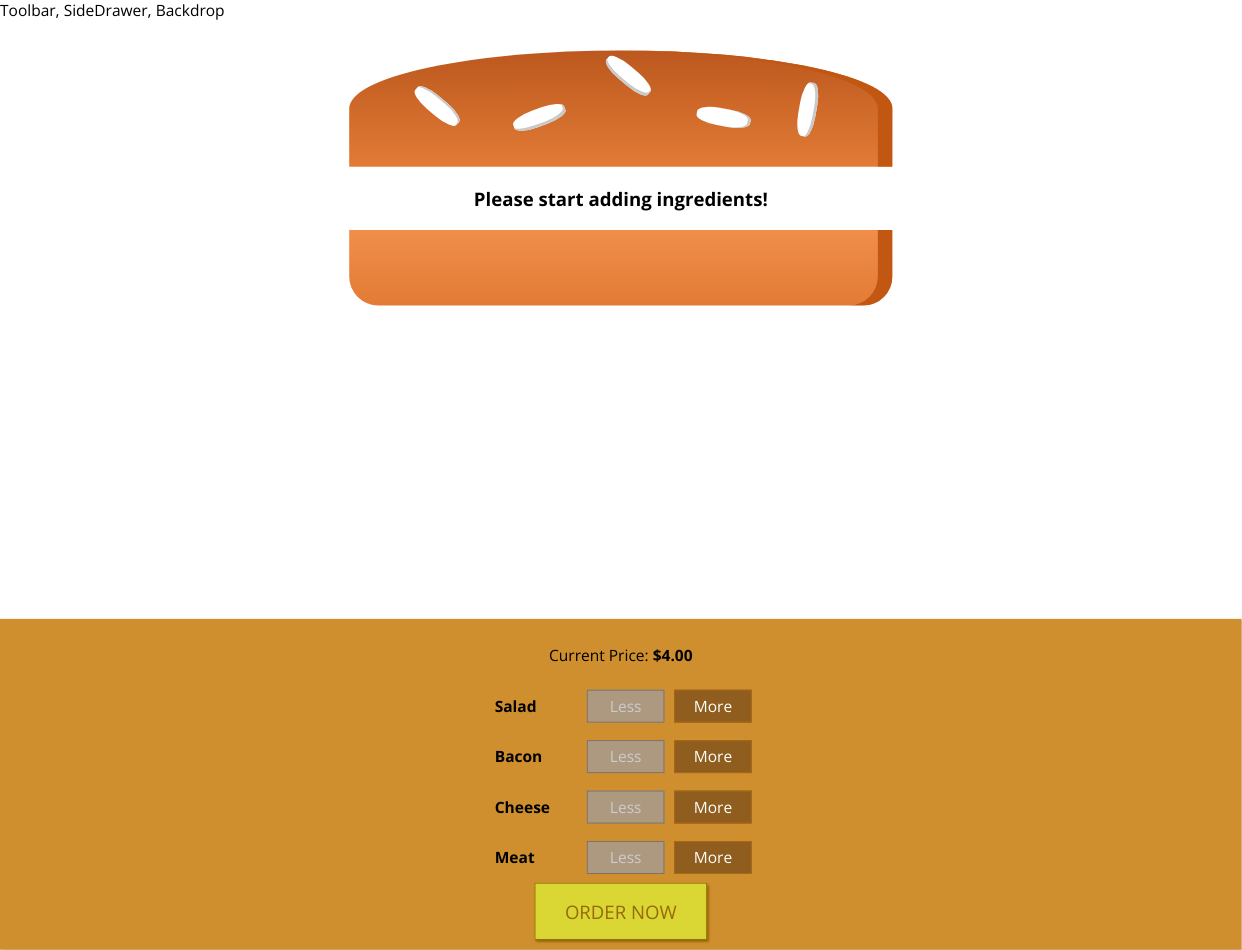
Repository: AbdulMutaal/Burger-Builder
Page: /
The author's editor kept a copy of each file at every save. The page is drawn from the files as they stood at one save, then again after the next save.
The browser window is 1280 px wide. The pictures show the whole page, at 97% of full size.
The project was rebuilt for these pictures with package versions that can differ from the ones it lists, and the page was loaded fresh each time.

Above is the page before, as saved 2021-12-07 17:17:11.

### src/index.css
body {
  margin: 0;
  font-family: "Open Sans", sans-serif;
}

### src/App.js
import Layout from './components/Layout/Layout';
import BurgerBuilder from './containers/BurgerBuilder/BurgerBuilder';

function App() {
  return (
    <div>
      <Layout>
        <BurgerBuilder />
      </Layout>
    </div>
  );
}

export default App;

### src/components/Layout/Layout.js
import React from 'react';

import Auxiliary from '../../hoc/Auxiliary';
import classes from './Layout.module.css';

const layout = ( props ) => (
    <Auxiliary>
        <div>Toolbar, SideDrawer, Backdrop</div>
        <main className={classes.Content}>
            {props.children}
        </main>
    </Auxiliary>
);

export default layout;

### src/containers/BurgerBuilder/BurgerBuilder.js
import React, { Component } from 'react';

import Auxiliary from '../../hoc/Auxiliary';
import Burger from '../../components/Burger/Burger';
import BurgerControls from '../../components/Burger/BuildControls/BuildControls';

const INGREDIENT_PRICES = {
    salad: 0.5,
    cheese: 0.4,
    meat: 1.3,
    bacon: 0.7
};

class BurgerBuilder extends Component {
    state = {
        ingredients: {
            salad: 0,
            bacon: 0,
            cheese: 0,
            meat: 0
        },
        totalPrice: 4,
        purchasable: false
    }

    updatePurchaseState () {
        const ingredients = {
            ...this.state.ingredients
        };
        const sum = Object.keys(ingredients)
            .map(igKey => {
                return ingredients[igKey];
            })
            .reduce((sum, el) => {
                return sum + el;
            }, 0);
        this.setState({purchasable: sum > 0});
    }

    addIngredientHandler = (type) => {
        const oldCount = this.state.ingredients[type];
        const updatedCount = oldCount + 1;
        const updateIngredients = {
            ...this.state.ingredients
        };
        updateIngredients[type] = updatedCount;

        const priceAddition = INGREDIENT_PRICES[type];
        const oldPrice = this.state.totalPrice;
        const newPrice = oldPrice + priceAddition;
        this.setState({totalPrice: newPrice, ingredients: updateIngredients});
    }

    removeIngredientHandler = (type) => {
        const oldCount = this.state.ingredients[type];

        if (oldCount <= 0) {
            return;
        }

        const updatedCount = oldCount - 1;
        const updateIngredients = {
            ...this.state.ingredients
        };
        updateIngredients[type] = updatedCount;

        const priceDeduction = INGREDIENT_PRICES[type];
        const oldPrice = this.state.totalPrice;
        const newPrice = oldPrice - priceDeduction;
        this.setState({totalPrice: newPrice, ingredients: updateIngredients});
    }
    render () {
        const disabledInfo = {
            ...this.state.ingredients
        };

        for (let key in disabledInfo) {
            disabledInfo[key] = disabledInfo[key] <= 0
        }

        return (
            <Auxiliary>
                <Burger ingredients={this.state.ingredients} />
                <BurgerControls
                    ingredientAdded={this.addIngredientHandler}
                    ingredientRemoved={this.removeIngredientHandler}
                    disabled={disabledInfo}
                    price={this.state.totalPrice} />
            </Auxiliary>
        );
    }
}

export default BurgerBuilder;

### src/components/Burger/Burger.js
import React from 'react';

import classes from './Burger.module.css';
import BurgerIngredient from './BurgerIngredient/BurgerIngredient';

const burger = (props) => {
    let transformedIngredients = Object.keys(props.ingredients)
        .map(igKey => {
            return [...Array(props.ingredients[igKey])].map((_, i) => {
                return <BurgerIngredient key={igKey + i} type={igKey} />;
            });
        })
        .reduce((arr, el) => {
            return arr.concat(el)
        }, []);
    console.log(transformedIngredients);

    if (transformedIngredients.length === 0) {
        transformedIngredients = <p>Please start adding ingredients!</p>;
    }

    return (
        <div className={classes.Burger}>
            <BurgerIngredient type="bread-top" />
            { transformedIngredients }
            <BurgerIngredient type="bread-bottom" />
        </div>
    );
};

export default burger;

### src/components/Burger/BuildControls/BuildControls.js
import React from 'react';

import classes from './BuildControls.module.css';
import BuildControl from './BuildControl/BuildControl';

const controls = [
    { label: 'Salad', type: 'salad'},
    { label: 'Bacon', type: 'bacon'},
    { label: 'Cheese', type: 'cheese'},
    { label: 'Meat', type: 'meat'}
];

const buildControls = (props) => (
    <div className={classes.BuildControls}>
        <p>Current Price: <strong>${props.price.toFixed(2)}</strong></p>
        {controls.map(ctrl => (
            <BuildControl
                key={ctrl.label}
                label={ctrl.label}
                added={() => props.ingredientAdded(ctrl.type)}
                removed={() => props.ingredientRemoved(ctrl.type)}
                disabled={props.disabled[ctrl.type]} />
        ))}
        <button className={classes.OrderButton}>ORDER NOW</button>
    </div>
);

export default buildControls;

### src/components/Burger/BurgerIngredient/BurgerIngredient.js
import React from 'react';
import PropTypes from 'prop-types';

import classes from './BurgerIngredient.module.css';

const burgerIngredient = (props) => {
    let ingredient = null;

    switch (props.type) {
        case ('bread-bottom'):
            ingredient = <div className={classes.BreadBottom}></div>;
            break;
        case ('bread-top'):
            ingredient = (
                <div className={classes.BreadTop}>
                    <div className={classes.Seeds1}></div>
                    <div className={classes.Seeds2}></div>
                </div>
            );
            break;
        case ('meat'):
            ingredient = <div className={classes.Meat}></div>;
            break;
        case ('cheese'):
            ingredient = <div className={classes.Cheese}></div>;
            break;
        case ('bacon'):
            ingredient = <div className={classes.Bacon}></div>;
            break;
        case ('salad'):
            ingredient = <div className={classes.Salad}></div>;
            break;
        default:
            ingredient = null;
    }

    return ingredient;
};

burgerIngredient.propTypes = {
    type: PropTypes.string.isRequired
};

export default burgerIngredient;

### src/components/Burger/BuildControls/BuildControls.module.css
.BuildControls {
    width: 100%;
    background-color: #cf8f2e;
    display: flex;
    flex-flow: column;
    align-items: center;
    box-shadow: 0 2px 1px #ccc;
    margin: auto;
    padding: 10px 0;
}


.OrderButton {
    background-color: #DAD735;
    outline: none;
    cursor: pointer;
    border: 1px solid #966909;
    color: #966909;
    font-family: inherit;
    font-size: 1.2em;
    padding: 15px 30px;
    box-shadow: 2px 2px 2px #966909;
}

.OrderButton:hover, .OrderButton:active {
    background-color: #A0DB41;
    border: 1px solid #966909;
    color: #966909;
}

.OrderButton:disabled {
    background-color: #C7C6C6;
    cursor: not-allowed;
    border: 1px solid #ccc;
    color: #888888;
}

.OrderButton:not(:disabled) {
    animation: enable 0.3s linear;
}

@keyframes enable {
    0% {
        transform: scale(1);
    }
    60% {
        transform: scale(1.1);
    }
    100% {
        transform: scale(1);
    }
}

### src/components/Burger/BuildControls/BuildControl/BuildControl.js
import React from 'react';

import classes from './BuildControl.module.css';

const buildControl = (props) =>  (
    <div className={classes.BuildControl}>
        <div className={classes.Label}>{props.label}</div>
        <button className={classes.Less} onClick={props.removed} disabled={props.disabled}>Less</button>
        <button className={classes.More} onClick={props.added}>More</button>
    </div>
)

export default buildControl;

### src/components/Burger/BurgerIngredient/BurgerIngredient.module.css
.BreadBottom {
    height: 13%;
    width: 80%;
    background: linear-gradient(#F08E4A, #e27b36);
    border-radius: 0 0 30px 30px;
    box-shadow: inset -15px 0 #c15711;
    margin: 2% auto;
}

.BreadTop {
    height: 20%;
    width: 80%;
    background: linear-gradient(#bc581e, #e27b36);
    border-radius: 50% 50% 0 0;
    box-shadow: inset -15px 0 #c15711;
    margin: 2% auto;
    position: relative;
}

.Seeds1 {
    width: 10%;
    height: 15%;
    position: absolute;
    background-color: white;
    left: 30%;
    top: 50%;
    border-radius: 40%;
    transform: rotate(-20deg);
    box-shadow: inset -2px -3px #c9c9c9;
}

.Seeds1:after {
    content: "";
    width: 100%;
    height: 100%;
    position: absolute;
    background-color: white;
    left: -170%;
    top: -260%;
    border-radius: 40%;
    transform: rotate(60deg);
    box-shadow: inset -1px 2px #c9c9c9;
  }

.Seeds1:before {
    content: "";
    width: 100%;
    height: 100%;
    position: absolute;
    background-color: white;
    left: 180%;
    top: -50%;
    border-radius: 40%;
    transform: rotate(60deg);
    box-shadow: inset -1px -3px #c9c9c9;
  }

  .Seeds2 {
    width: 10%;
    height: 15%;
    position: absolute;
    background-color: white;
    left: 64%;
    top: 50%;
    border-radius: 40%;
    transform: rotate(10deg);
    box-shadow: inset -3px 0 #c9c9c9;
  }

  .Seeds2:before {
    content: "";
    width: 100%;
    height: 100%;
    position: absolute;
    background-color: white;
    left: 150%;
    top: -130%;
    border-radius: 40%;
    transform: rotate(90deg);
    box-shadow: inset 1px 3px #c9c9c9;
  }


.Meat {
    width: 80%;
    height: 8%;
    background: linear-gradient(#7f3608, #702e05);
    margin: 2% auto;
    border-radius: 15px;
}

.Cheese {
    width: 90%;
    height: 4.5%;
    margin: 2% auto;
    background: linear-gradient(#f4d004, #d6bb22);
    border-radius: 20px;
}

.Salad {
    width: 85%;
    height: 7%;
    margin: 2% auto;
    background: linear-gradient(#228c1d, #91ce50);
    border-radius: 20px;
}

.Bacon {
    width: 80%;
    height: 3%;
    background: linear-gradient(#bf3813, #c45e38);
    margin: 2% auto;
}

### src/components/Burger/BuildControls/BuildControl/BuildControl.module.css
.BuildControl {
    display: flex;
    justify-content: space-between;
    align-items: center;
    margin: 5px 0;
}

.BuildControl button {
    display: block;
    font: inherit;
    padding: 5px;
    margin: 0 5px;
    width: 80px;
    border: 1px solid #AA6817;
    cursor: pointer;
    outline: none;
}

.BuildControl button:disabled {
    background-color: #AC9980;
    border: 1px solid #7E7365;
    color: #ccc;
    cursor: default;
}

.BuildControl button:hover:disabled {
    background-color: #AC9980;
    color: #ccc;
    cursor: not-allowed;
}

.Label {
    padding: 10px;
    font-weight: bold;
    width: 80px;
}

.BuildControl .Less {
    background-color: #D39952;
    color: white;
}

.BuildControl .More {
    background-color: #8F5E1E;
    color: white;
}

.BuildControl .Less:hover, .BuildControl .Less:active {
    background-color: #DAA972;
    color: white;
}

.BuildControl .More:hover,.BuildControl .More:active {
    background-color: #99703F;
    color: white;
}

Loaded but not shown: public/index.html (common file); src/index.js (common file); src/reportWebVitals.js (common file); src/hoc/Auxiliary.js (common file); src/components/Layout/Layout.module.css (common file); src/components/Burger/Burger.module.css (common file)

After the next save:
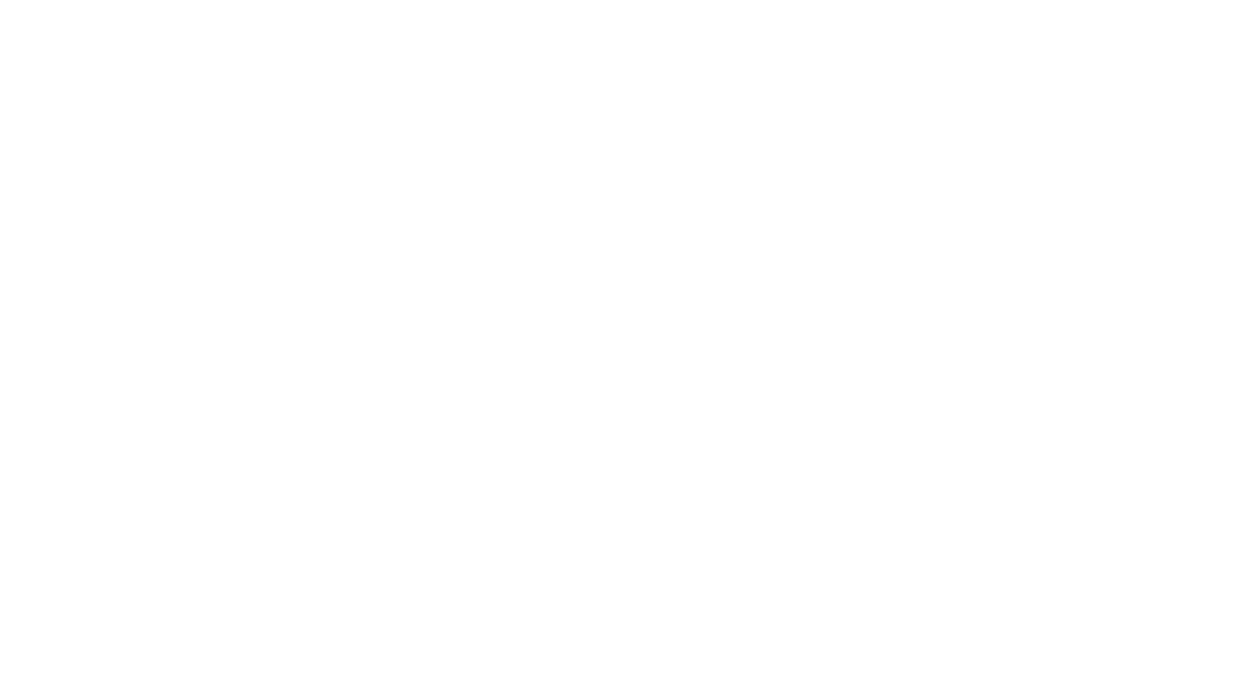
Console error: ReferenceError: BurgerControls is not defined
Saved 34 s later.
--- a/src/containers/BurgerBuilder/BurgerBuilder.js
+++ b/src/containers/BurgerBuilder/BurgerBuilder.js
@@ -2,7 +2,7 @@ import React, { Component } from 'react';
 
 import Auxiliary from '../../hoc/Auxiliary';
 import Burger from '../../components/Burger/Burger';
-import BurgerControls from '../../components/Burger/BuildControls/BuildControls';
+import BuildControls from '../../components/Burger/BuildControls/BuildControls';
 
 const INGREDIENT_PRICES = {
     salad: 0.5,

After the save that followed:
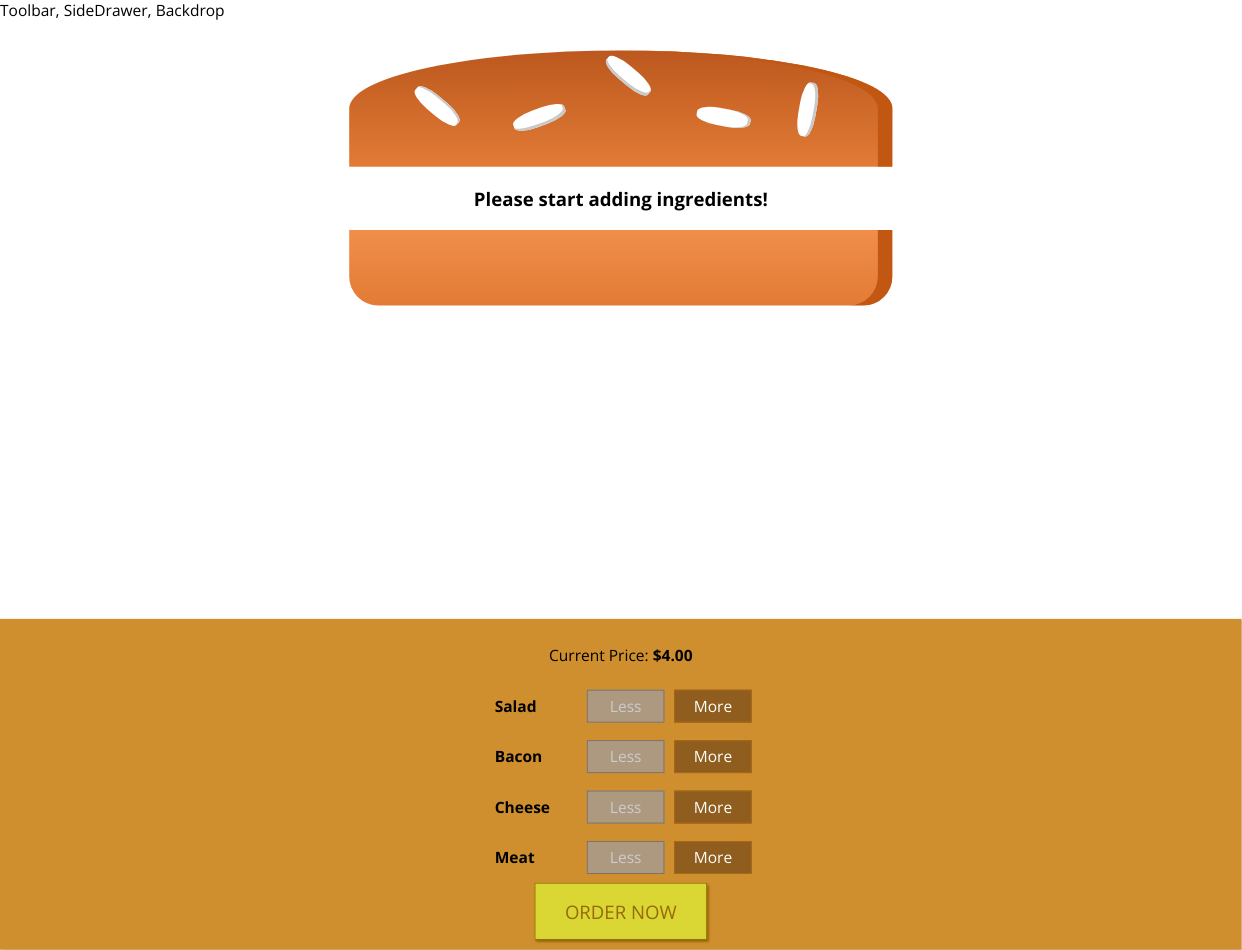
The error is gone.
Saved 10 s later.
--- a/src/containers/BurgerBuilder/BurgerBuilder.js
+++ b/src/containers/BurgerBuilder/BurgerBuilder.js
@@ -81,7 +81,7 @@ class BurgerBuilder extends Component {
         return (
             <Auxiliary>
                 <Burger ingredients={this.state.ingredients} />
-                <BurgerControls
+                <BuildControls
                     ingredientAdded={this.addIngredientHandler}
                     ingredientRemoved={this.removeIngredientHandler}
                     disabled={disabledInfo}
